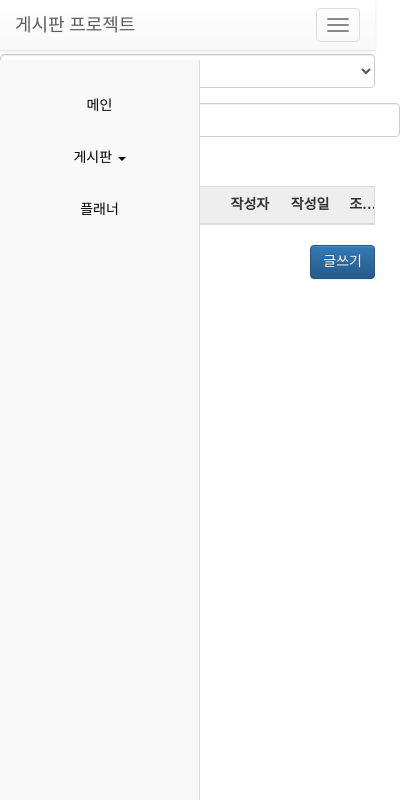
Repository: Seok7975/Project_PlannerSharingBoard
Page: http://localhost/ToDoList공유_게시판_ver3/bbs.jsp?bbsCategory=all
The author's editor kept a copy of each file at every save. The page is drawn from the files as they stood at one save, then again after the next save.
The browser window is 375 px wide. The page is 400 px wide, so the pictures cover 400 px, including what lies to the right of the window. The pictures show the whole page.
Some web fonts or font styles are not loaded; a fallback is used. Some web libraries are served in a nearby version. The page is served by Tomcat 9. Other server files are loaded and not shown. Queries for data that is not in the repository find no rows.

Above is the page before, as saved 2024-07-04 12:45:21.

### List_Projects_ver3/ToDoList공유 게시판_ver3/src/main/webapp/bbs.jsp
<!--  게시판 -->

<%-- <%@ page language="java" contentType="text/html; charset=UTF-8"
    pageEncoding="UTF-8"%>
<%@ page import="java.io.PrintWriter" %>
<%@ page import="bbs.BbsDAO" %>
<%@ page import="bbs.Bbs" %>
<%@ page import="java.util.ArrayList" %>
<!DOCTYPE html>
<html>
<head>
<meta http-equiv="Content-Type" content="text/html; charset=UTF-8">
<meta name="viewport" content="width=device-width, initial-scale=1">
<!-- Latest compiled and minified CSS -->
<link rel="stylesheet" href="https://cdn.jsdelivr.net/npm/bootstrap@3.3.7/dist/css/bootstrap.min.css" integrity="sha384-BVYiiSIFeK1dGmJRAkycuHAHRg32OmUcww7on3RYdg4Va+PmSTsz/K68vbdEjh4u" crossorigin="anonymous">
<!-- Optional theme -->
<link rel="stylesheet" href="https://cdn.jsdelivr.net/npm/bootstrap@3.3.7/dist/css/bootstrap-theme.min.css" integrity="sha384-rHyoN1iRsVXV4nD0JutlnGaslCJuC7uwjduW9SVrLvRYooPp2bWYgmgJQIXwl/Sp" crossorigin="anonymous">
<!-- jQuery (necessary for Bootstrap's JavaScript plugins) -->
<script src="https://code.jquery.com/jquery-3.1.1.min.js"></script>
<!-- Latest compiled and minified JavaScript -->
<script src="https://cdn.jsdelivr.net/npm/bootstrap@3.3.7/dist/js/bootstrap.min.js" integrity="sha384-Tc5IQib027qvyjSMfHjOMaLkfuWVxZxUPnCJA7l2mCWNIpG9mGCD8wGNIcPD7Txa" crossorigin="anonymous"></script>
<link rel="stylesheet" href="css/jumbotronCustom.css">
<title>JSP 게시판 웹 사이트</title>
<style type="text/css">
	a, a:hover {
		color : #000000;
		text-decoration: none;
	}
</style>
</head>
<body>
<%
	String userID = null;
	if (session.getAttribute("userID") != null) {
		userID = (String) session.getAttribute("userID");
	}
	int pageNumber = 1;
	if (request.getParameter("pageNumber") != null) {
		pageNumber = Integer.parseInt(request.getParameter("pageNumber"));
	}
%>
	<nav class="navbar navbar-default">
		<div class="container-fluid">
			<div class="navbar-header">
				<button type="button" class="navbar-toggle collapsed" data-toggle="collapse" data-target="#bs-example-navbar-collapse-1" aria-expanded="false">
					<span class="sr-only">Toggle navigation</span>
					<span class="icon-bar"></span>
					<span class="icon-bar"></span>
					<span class="icon-bar"></span>
				</button>
				<a class="navbar-brand" href="main.jsp">게시판 프로젝트</a>
			</div>
			<div class="collapse navbar-collapse" id="bs-example-navbar-collapse-1">
				<ul class="nav navbar-nav">
					<li><a href="main.jsp">메인</a></li>
					<li class="active"><a href="bbs.jsp">게시판</a></li>
					<li><a href="planner/planner.jsp">플래너</a></li>
				</ul>
				<%
					if(userID == null) {
				%>
					<ul class="nav navbar-nav navbar-right">
						<li class="dropdown">
							<a href="#" class="dropdown-toggle" data-toggle="dropdown" role="button" aria-haspopup="true" aria-expanded="false">접속하기 <span class="caret"></span></a>
							<ul class="dropdown-menu">
								<li><a href="joinAndLogin/login.jsp">로그인</a></li>
								<li><a href="joinAndLogin/join.jsp">회원가입</a></li>
							</ul>
						</li>
					</ul>
				<%
					} else {
				%>
						<ul class="nav navbar-nav navbar-right">
						<li class="dropdown">
							<a href="#" class="dropdown-toggle" data-toggle="dropdown" role="button" aria-haspopup="true" aria-expanded="false">회원관리<span class="caret"></span></a>
							<ul class="dropdown-menu">
								<li><a href="logoutAction.jsp">로그아웃</a></li>
							</ul>
						</li>
					</ul>
				<%
					}
				%>
			</div>
		</div>
	</nav>

	<div class="container">
		<div class="row">
			<table class="table table-striped" style="text-align: center; border: 1px solid #dddddd">
				<thead>
					<tr>
						<th style="background-color: #eeeeee; text-align: center;">번호</th>
						<th style="background-color: #eeeeee; text-align: center;">제목</th>
						<th style="background-color: #eeeeee; text-align: center;">작성자</th>
						<th style="background-color: #eeeeee; text-align: center;">작성일</th>
						<th style="background-color: #eeeeee; text-align: center;">조회수</th>
					</tr>
				</thead>
				<tbody> <!-- 예시 -->
					<tr>
					<%
						BbsDAO bbsDAO = new BbsDAO();
						ArrayList<Bbs> list = bbsDAO.getList(pageNumber);
						for(int i = 0; i < list.size(); i++) {
					%>
						<td><%= list.get(i).getBbsID() %></td>
						<td><a href="view.jsp?bbsID=<%= list.get(i).getBbsID() %>"><%= list.get(i).getBbsTitle() %></a></td>
						<td><%= list.get(i).getUserID() %></td>
						<td><%= list.get(i).getBbsDate().substring(0, 11) + list.get(i).getBbsDate().substring(11,13) + "시" + list.get(i).getBbsDate().substring(14, 16) + "분" %></td>
						<td><%= list.get(i).getViewCount() %></td>
					<tr>
					<%
						}
					%>
				</tbody>
			</table>
			<%
				if(pageNumber != 1) {
			%>
				<a href="bbs.jsp?pageNumber=<%=pageNumber - 1%>" class="btn btn-success btn-arraw-left">이전</a>
			<%
				}
				if(bbsDAO.nextPage(pageNumber + 1)) {
			%>
					<a href="bbs.jsp?pageNumber=<%=pageNumber + 1%>" class="btn btn-success btn-arraw-right">다음</a>
			<%
				}
			%>
			<a href="write.jsp" class="btn btn-primary pull-right">글쓰기</a>
		</div>
	</div>
</body>
</html> --%>



<!--  게시판 -->

<!--  게시판 -->

<%@ page language="java" contentType="text/html; charset=UTF-8"
    pageEncoding="UTF-8"%>
<%@ page import="java.io.PrintWriter" %>
<%@ page import="bbs.BbsDAO" %>
<%@ page import="bbs.Bbs" %>
<%@ page import="java.util.ArrayList" %>
<!DOCTYPE html>
<html>
<head>
<meta http-equiv="Content-Type" content="text/html; charset=UTF-8">
<meta name="viewport" content="width=device-width, initial-scale=1">
<!-- Latest compiled and minified CSS -->
<link rel="stylesheet" href="https://cdn.jsdelivr.net/npm/bootstrap@3.3.7/dist/css/bootstrap.min.css" integrity="sha384-BVYiiSIFeK1dGmJRAkycuHAHRg32OmUcww7on3RYdg4Va+PmSTsz/K68vbdEjh4u" crossorigin="anonymous">
<!-- Optional theme -->
<link rel="stylesheet" href="https://cdn.jsdelivr.net/npm/bootstrap@3.3.7/dist/css/bootstrap-theme.min.css" integrity="sha384-rHyoN1iRsVXV4nD0JutlnGaslCJuC7uwjduW9SVrLvRYooPp2bWYgmgJQIXwl/Sp" crossorigin="anonymous">
<link rel="stylesheet" href="css/bbsStyle.css"> <!-- 외부 CSS 파일 참조 -->
<!-- jQuery (necessary for Bootstrap's JavaScript plugins) -->
<script src="https://code.jquery.com/jquery-3.1.1.min.js"></script>
<!-- Latest compiled and minified JavaScript -->
<script src="https://cdn.jsdelivr.net/npm/bootstrap@3.3.7/dist/js/bootstrap.min.js" integrity="sha384-Tc5IQib027qvyjSMfHjOMaLkfuWVxZxUPnCJA7l2mCWNIpG9mGCD8wGNIcPD7Txa" crossorigin="anonymous"></script>
<link rel="stylesheet" href="css/jumbotronCustom.css">
<title>JSP 게시판 웹 사이트</title>
</head>
<body>
<%
    String userID = null;
    if (session.getAttribute("userID") != null) {
        userID = (String) session.getAttribute("userID");
    }
    int pageNumber = 1;
    if (request.getParameter("pageNumber") != null) {
        pageNumber = Integer.parseInt(request.getParameter("pageNumber"));
    }
    String searchType = request.getParameter("searchType");
    String searchKeyword = request.getParameter("searchKeyword");
    String bbsCategory = request.getParameter("bbsCategory");

    // bbsCategory가 없으면 all로 설정
    if (bbsCategory == null || bbsCategory.equals("")) {
        bbsCategory = "all";
    }

    String categoryDisplayName = "";
    switch(bbsCategory) {
        case "all":
            categoryDisplayName = "전체글보기";
            break;
        case "free":
            categoryDisplayName = "자유게시판";
            break;
        case "study":
            categoryDisplayName = "공부게시판";
            break;
        case "exercise":
            categoryDisplayName = "운동게시판";
            break;
        default:
            categoryDisplayName = "기타";
            break;
    }
%>
    <div class="sidebar">
        <a href="main.jsp" style="text-align: center;" >메인</a>
        <div class="dropdown">
            <a href="bbs.jsp?bbsCategory=all" style="text-align: center;" >게시판 <span class="caret"></span></a>
            <ul class="dropdown-menu">
                <li><a href="bbs.jsp?bbsCategory=all" style="text-align: center;">전체글보기</a></li>
                <li><a href="bbs.jsp?bbsCategory=free" style="text-align: center;">자유게시판</a></li>
                <li><a href="bbs.jsp?bbsCategory=study" style="text-align: center;">공부게시판</a></li>
                <li><a href="bbs.jsp?bbsCategory=exercise" style="text-align: center;">운동게시판</a></li>
            </ul>
        </div>
        <a href="planner/planner.jsp" style="text-align: center;">플래너</a>
    </div>
    <div class="main-content">
        <nav class="navbar navbar-default navbar-fixed-top">
            <div class="container-fluid">
                <div class="navbar-header">
                    <button type="button" class="navbar-toggle collapsed" data-toggle="collapse" data-target="#bs-example-navbar-collapse-1" aria-expanded="false">
                        <span class="sr-only">Toggle navigation</span>
                        <span class="icon-bar"></span>
                        <span class="icon-bar"></span>
                        <span class="icon-bar"></span>
                    </button>
                    <a class="navbar-brand" href="main.jsp">게시판 프로젝트</a>
                </div>
                <div class="collapse navbar-collapse" id="bs-example-navbar-collapse-1">
                    <ul class="nav navbar-nav">
                        <li><a href="main.jsp">메인</a></li>
                        <li class="dropdown active">
                            <a href="bbs.jsp?bbsCategory=all" role="button" aria-haspopup="true" aria-expanded="false">게시판 <span class="caret"></span></a>
                            <ul class="dropdown-menu">
                                <li><a href="bbs.jsp?bbsCategory=all">전체글보기</a></li>
                                <li><a href="bbs.jsp?bbsCategory=free">자유게시판</a></li>
                                <li><a href="bbs.jsp?bbsCategory=study">공부게시판</a></li>
                                <li><a href="bbs.jsp?bbsCategory=exercise">운동게시판</a></li>
                            </ul>
                        </li>
                        <li><a href="planner/planner.jsp">플래너</a></li>
                    </ul>
                    <% if(userID == null) { %>
                        <ul class="nav navbar-nav navbar-right">
                            <li class="dropdown">
                                <a href="#" class="dropdown-toggle" data-toggle="dropdown" role="button" aria-haspopup="true" aria-expanded="false">접속하기 <span class="caret"></span></a>
                                <ul class="dropdown-menu">
                                    <li><a href="id/login.jsp">로그인</a></li>
                                    <li><a href="id/join.jsp">회원가입</a></li>
                                </ul>
                            </li>
                        </ul>
                    <% } else { %>
                        <ul class="nav navbar-nav navbar-right">
                            <li class="dropdown">
                                <a href="#" class="dropdown-toggle" data-toggle="dropdown" role="button" aria-haspopup="true" aria-expanded="false">회원관리 <span class="caret"></span></a>
                                <ul class="dropdown-menu">
                                    <li><a href="id/profile.jsp">My Profile</a></li>
                                    <li><a href="id/logoutAction.jsp">로그아웃</a></li>
                                </ul>
                            </li>
                        </ul>
                    <% } %>
                </div>
            </div>
        </nav>

        <div class="container">
            <div class="row">
                <div class="category-title">
                    <%= categoryDisplayName %>
                </div>
                <form class="form-inline" method="get" action="bbs.jsp">
                    <div class="form-group">
                        <select class="form-control" name="searchType">
                            <option value="title" <%= "title".equals(searchType) ? "selected" : "" %>>제목</option>
                            <option value="content" <%= "content".equals(searchType) ? "selected" : "" %>>내용</option>
                            <option value="writer" <%= "writer".equals(searchType) ? "selected" : "" %>>작성자</option>
                        </select>
                    </div>
                    <div class="form-group">
                        <input type="text" class="form-control" name="searchKeyword" placeholder="검색어를 입력하세요" value="<%= (searchKeyword != null && !searchKeyword.equals("")) ? searchKeyword : "" %>" style="width: 400px;">
                    </div>
                    <input type="hidden" name="bbsCategory" value="<%= bbsCategory %>">
                    <button type="submit" class="btn btn-default">검색</button>
                </form>
                <table class="table table-striped" style="text-align: center; border: 1px solid #dddddd">
                    <thead>
                        <tr>
                            <th class="number-col" style="background-color: #eeeeee; text-align: center;">번호</th>
                            <th class="title-col" style="background-color: #eeeeee; text-align: center;">제목</th>
                            <th class="writer-col" style="background-color: #eeeeee; text-align: center;">작성자</th>
                            <th class="date-col"style="background-color: #eeeeee; text-align: center;">작성일</th>
                            <th class="viewCount-col"style="background-color: #eeeeee; text-align: center;">조회수</th>
                        </tr>
                    </thead>
                    <tbody>
                        <% BbsDAO bbsDAO = new BbsDAO();
                           ArrayList<Bbs> list;
                           int totalPage;
                           if (searchKeyword != null && !searchKeyword.equals("")) { // 검색어가 있을 때
                               list = bbsDAO.searchList(pageNumber, searchType, searchKeyword, bbsCategory);
                               totalPage = (bbsDAO.getSearchPostCount(searchType, searchKeyword, bbsCategory) + 9) / 10; // 검색 결과의 총 페이지 수 계산
                           } else { // 검색어가 없을 때
                               if ("all".equals(bbsCategory)) { // 전체게시판 선택 시
                                   list = bbsDAO.getAllList(pageNumber);
                                   totalPage = bbsDAO.getTotalPageCount(); // 전체 게시물의 총 페이지 수 계산
                               } else {
                                   list = bbsDAO.getListByCategory(bbsCategory, pageNumber);
                                   totalPage = bbsDAO.getTotalPageCountByCategory(bbsCategory); // 카테고리별 게시물의 총 페이지 수 계산
                               }
                           }
                           for(int i = 0; i < list.size(); i++) {
                        %>
                            <tr>
                                <td><%= list.get(i).getBbsID() %></td>
                                <td><a href="view.jsp?bbsID=<%= list.get(i).getBbsID() %>&bbsCategory=<%= bbsCategory %>"><%= list.get(i).getBbsTitle() %></a></td>
                                <td><%= list.get(i).getUserID() %></td>
                                <td><%= list.get(i).getBbsDate().substring(0, 11) + list.get(i).getBbsDate().substring(11,13) + "시" + list.get(i).getBbsDate().substring(14, 16) + "분" %></td>
                                <td><%= list.get(i).getViewCount() %></td>
                            </tr>
                        <% } %>
                    </tbody>
                </table>
                <div style="text-align: center;">
                    <%
                        int pageBlock = 5;
                        int startPage = ((pageNumber - 1) / pageBlock) * pageBlock + 1;
                        int endPage = startPage + pageBlock - 1;

                        if(pageNumber != 1) {
                    %>
                        <a href="bbs.jsp?pageNumber=<%= pageNumber - 1 %>&searchType=<%= searchType %>&searchKeyword=<%= (searchKeyword != null && !searchKeyword.equals("")) ? searchKeyword : "" %>&bbsCategory=<%= bbsCategory %>" class="btn btn-default pull-left">이전</a>
                    <% }
                        for (int i = startPage; i <= endPage && i <= totalPage; i++) {
                    %>
                        <a href="bbs.jsp?pageNumber=<%= i %>&searchType=<%= searchType %>&searchKeyword=<%= (searchKeyword != null && !searchKeyword.equals("")) ? searchKeyword : "" %>&bbsCategory=<%= bbsCategory %>" class="btn <%= (i == pageNumber) ? "btn-primary pull-left" : "btn-default pull-left" %>"><%= i %></a>
                    <% }
                        if(pageNumber != totalPage) {
                    %>
                        <a href="bbs.jsp?pageNumber=<%= pageNumber + 1 %>&searchType=<%= searchType %>&searchKeyword=<%= (searchKeyword != null && !searchKeyword.equals("")) ? searchKeyword : "" %>&bbsCategory=<%= bbsCategory %>" class="btn btn-default pull-left">다음</a>
                    <% } %>
                    <a href="write.jsp?bbsCategory=<%= bbsCategory %>" class="btn btn-primary pull-right">글쓰기</a>
                </div>
            </div>
        </div>
    </div>
</body>
</html>

### List_Projects_ver3/ToDoList공유 게시판_ver3/src/main/webapp/css/bbsStyle.css
@charset "UTF-8";
/* body {
     background-color: #e0f7fa;   생동감 있는 옅은 파란색 배경
} */


    /* 네비게이션 바를 상단에 고정 */
    .navbar-fixed-top {
        position: fixed;
        top: 0;
        width: 100%;
        z-index: 1000;
    }

    /* 왼쪽 사이드바 스타일 */
    .sidebar {
        position: fixed;
        top: 60px; /* 네비게이션 바 높이만큼 아래로 내림 */
        left: 0;
        width: 200px;
        height: calc(100% - 60px); /* 네비게이션 바 높이만큼 줄임 */
        background-color: #f8f8f8;
        padding-top: 20px;
        border-right: 1px solid #ddd;
    }

    .sidebar a {
        display: block;
        color: black;
        padding: 16px;
        text-decoration: none;
    }

    .sidebar a:hover {
        background-color: #ddd;
        color: black;
    }

    .sidebar .dropdown-menu {
        display: none;
        position: static;
        float: none;
        background-color: #f8f8f8;
        border: none;
        box-shadow: none;
    }

    .sidebar .dropdown:hover .dropdown-menu {
        display: block;
        animation: slideDown 0.3s ease-in-out; /* 슬라이딩 애니메이션 추가 */
    }

    @keyframes slideDown {
        0% {
            opacity: 0;
            transform: translateY(-10px);
        }
        100% {
            opacity: 1;
            transform: translateY(0);
        }
    }


/* 드롭다운 메뉴가 커서를 가져다 대기만 해도 열리도록 설정 */
.navbar-nav > li.dropdown:hover > .dropdown-menu {
    display: block;
    animation: slideDown 0.3s ease-in-out; /* 슬라이딩 애니메이션 추가 */
}

.category-title {
    font-size: 24px; /* 텍스트 크기 */
    font-weight: bold; /* 텍스트 굵기 */
    margin-bottom: 20px; /* 아래쪽 여백 */
    /* text-align: center; */ /* 가운데 정렬 */
    /* color: #333; */ /* 텍스트 색상 */
}


a, a:hover {
    color : #000000;
    text-decoration: none;
}

.table {
    width: 100%;
    table-layout: fixed;
    border-collapse: collapse;
}

.table th.number-col {
    width: 8%;
}
.table th.title-col {
    width: 45%;
}
.table th.writer-col {
    width: 14%;
}

.table th.date-col {
	width: 15%;
}

.table th.viewCount-col {
	width: 8%;
}

.table th, .table td {
	/* border: 1px solid #ddd; */
	white-space: nowrap;
	overflow: hidden;
	text-overflow: ellipsis;
}

.table td {
    text-align: center;
    /* border: 1px solid #dddddd; */
       background-color: #fefefe;
}

### List_Projects_ver3/ToDoList공유 게시판_ver3/src/main/webapp/css/jumbotronCustom.css

@import url(http://fonts.googleapis.com/earlyaccess/nanumgothic.css);
@import url(http://fonts.googleapis.com/earlyaccess/hanna.css);
* {
	font-family : 'Nanum Gothic';
}

h1 {
	font-family : 'Hanna';
}

Loaded but not shown: List_Projects_ver3/ToDoList공유 게시판_ver3/src/main/java/bbs/BbsDAO.java (360 lines, source omitted)

After the next save:
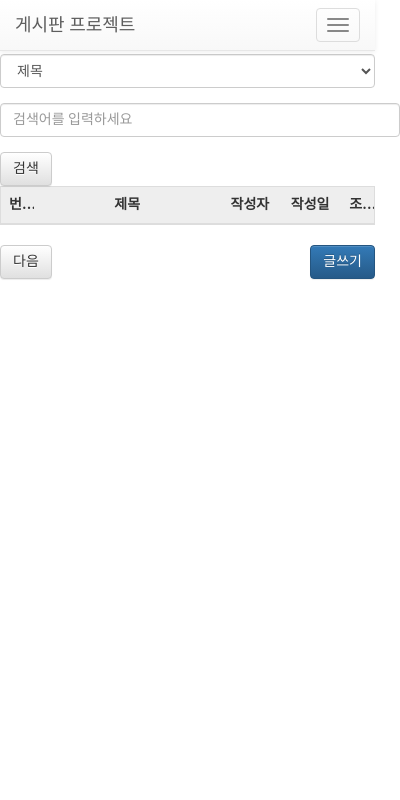
Saved 2 min 32 s later.
--- a/List_Projects_ver3/ToDoList공유 게시판_ver3/src/main/webapp/css/bbsStyle.css
+++ b/List_Projects_ver3/ToDoList공유 게시판_ver3/src/main/webapp/css/bbsStyle.css
@@ -12,6 +12,21 @@
         z-index: 1000;
     }
 
+/* 반응형 스타일 */
+@media (max-width: 768px) {
+    .sidebar {
+        width: 150px; /* 화면이 작아질 때 사이드바 너비 축소 */
+    }
+}
+
+@media (max-width: 576px) {
+    .sidebar {
+        width: 0;
+        opacity: 0;
+        overflow: hidden; /* 화면이 더 작아질 때 사이드바 숨김 */
+    }
+}
+
     /* 왼쪽 사이드바 스타일 */
     .sidebar {
         position: fixed;
@@ -22,6 +37,7 @@
         background-color: #f8f8f8;
         padding-top: 20px;
         border-right: 1px solid #ddd;
+    	transition: width 0.3s ease, opacity 0.3s ease; /* 사이드바 너비와 투명도 변화 애니메이션 */
     }
 
     .sidebar a {
